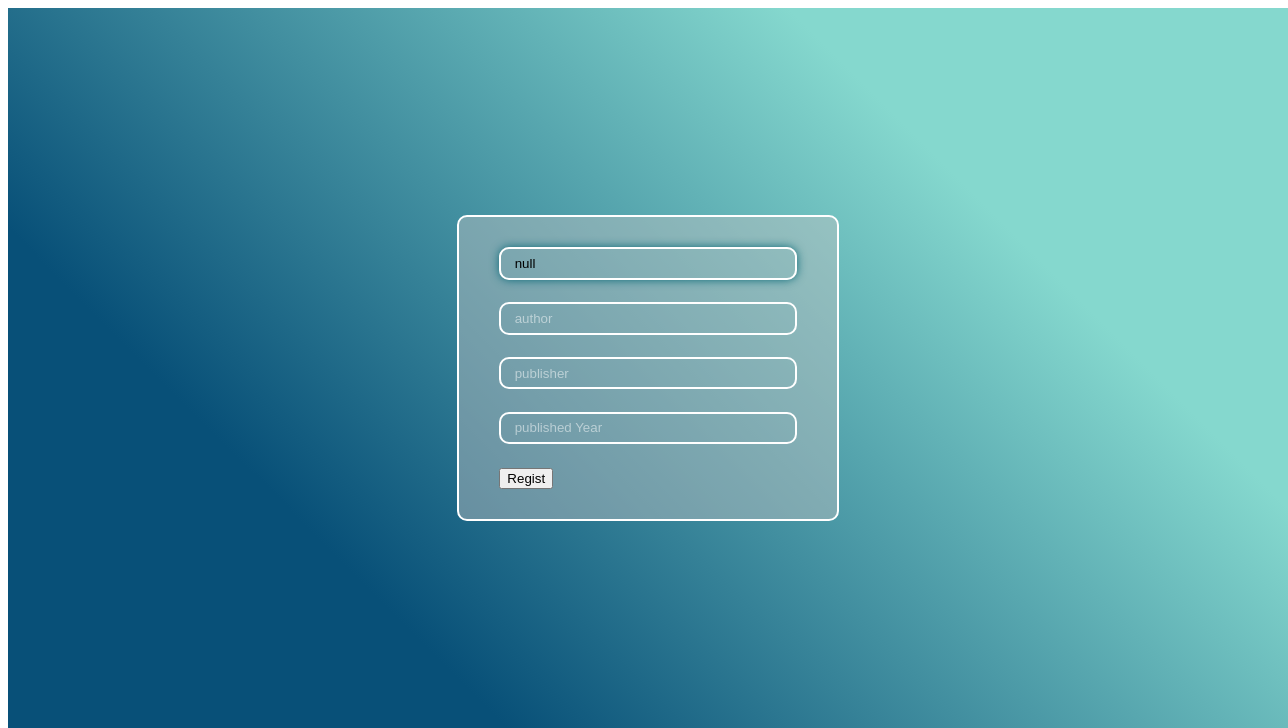
Repository: ysknsid25/mer
Page: http://localhost/library/view/regist.jsp
These files come from the project's save history. The page is drawn as it stood at one moment and after the next save; the edit follows.
The browser window is 1280 px wide. The page is 1288 px wide, so the pictures cover 1288 px, including what lies to the right of the window. The pictures show the whole page.
The page is served by Tomcat 9. Other server files are loaded and not shown.

Above is the page before, as saved 2018-11-24 12:52:18.
Console error: ReferenceError: $ is not defined

### mer/library/WebContent/view/regist.jsp
<%@ page language="java" contentType="text/html; charset=UTF-8"
	pageEncoding="UTF-8"%>
<%@page import="util.StringUtil"%>
<%@page import="util.StringQuery"%>




<!DOCTYPE html PUBLIC "-//W3C//DTD HTML 4.01 Transitional//EN" "http://www.w3.org/TR/html4/loose.dtd">
<head>
<title>Top</title>

<link href='<%=StringUtil.CONTEXTPATH + StringUtil.INPUTCSS%>'
	rel='stylesheet' type='text/css' />
<script type="text/javascript" src="<%=StringUtil.MAINJS%>"></script>
<meta charset="<%=StringUtil.SET_ENCODING%>" />
<meta name="viewport" content="width=device-width, initial-scale=1.0" />

</head>

<body>
	<div class="container">
		<div id="login-form">
			<div id="box">

				<form action="<%=StringUtil.REGISTCHECK + StringUtil.CONTROLLER%>"
					method="post">

					<div>
						<label for="form-userid">BoolTitle</label> <input type="text"
							name="booktitle" id="form-userid" placeholder="BookTitle"
							 value="<%=request.getAttribute(StringQuery.BOOKTITLE) %>"/>
						<p class="note">Please enter BookTitle.</p>
					</div>

					<div><%--out.println("<p id=" + "error_message" + ">" + errorMessage(booktitleVerify) + "</p>");--%></div>

					<div>
						<label for="form-userid">Author</label> <input type="text"
							name="author" id="form-userid" placeholder="author" />
						<p class="note">Please enter author.</p>
					</div>
					<div></div>

					<div>
						<label for="form-userid">Publisher</label> <input type="text"
							name="publisher" id="form-userid" placeholder="publisher" />
						<p class="note">Please enter Publisher.</p>
					</div>


					<div>
						<label for="form-userid">PublishDay</label> <input type="text"
							name="publishday" id="form-userid" placeholder="published Year" />
						<p class="note">Please enter published Year.</p>
					</div>
					<div><p><% %></p></div>

					<input type="submit" name="submit" value="Regist" />



					<%!String errorMessage(int checkNum){

						if(checkNum == StringUtil.BOOKTITLE_NULL){

							return StringUtil.BOOKTITLE_IS_NULL;

						}else if(checkNum == StringUtil.BOOKTITLE_LENGTH){

							return StringUtil.BOOKTITLE_OVER_LENGTH;

						}else if(checkNum == StringUtil.AUTHOR_NULL){

							return StringUtil.AUTHOR_IS_NULL;

						}else if(checkNum == StringUtil.YEAR_OVER){

							return StringUtil.PUBLISHYEAR_FUTURE;

						}else if(checkNum == StringUtil.NOT_NUMBER){

							return StringUtil.PUBLISHYEAR_INVALIDATE;

						}

					return "";

					}%>




				</form>

			</div>
		</div>
	</div>

</body>
</html>

### mer/library/WebContent/stylesheet/input.css
@CHARSET "UTF-8";

html, body, .container {
  width: 100%;
  height: 100%;
}

.container,
.overlay:before{
  align-items: center;
  display: flex;
  justify-content: center;
  overflow: visible !important;
  background: -webkit-linear-gradient(45deg, #085078 25%, #85d8ce 75%);
  background: -moz-linear-gradient(45deg, #085078 25%, #85d8ce 75%);
  background: -ms-linear-gradient(45deg, #085078 25%, #85d8ce 75%);
  background: -o-linear-gradient(45deg, #085078 25%, #85d8ce 75%);
  background: linear-gradient(45deg, #085078 25%, #85d8ce 75%);

}

.container {
  align-items: center;
  display: flex;
  justify-content: center;

}

#box{

  padding: 30px 40px;
  transition: 0.2s;
  text-decoration: none;
  color: white;
  border: 2px solid white;
  border-radius: 10px;
  background-color: rgba( 192, 192, 192, 0.45 );

}

.overlay {
  max-height: 200px;
  margin: 0 auto;
  max-width: 768px;
  overflow: hidden;
  padding: 50px;
  position: relative;
  color: white;
  font-family: 'Lato';
  position: relative;
  text-align: center;
  z-index: 0;
  &:before {
    content: '';
    filter: blur(20px);
    height: 100%;
    left: 0;
    position: absolute;
    top: 0;
    width: 100%;
    z-index: -1;
  }
}


#login-form div input[type='text'],
#login-form div input[type='password']{

width: 20em;
padding: 0.5em 1em;
transition: 0.2s;
border: 2px solid #fff;
border-radius: 10px;
background: transparent;

}

#login-form div input[type='text']:hover,
#login-form div input[type='password']:hover{

border-color: #fff;
box-shadow: 0 0 10px rgba(0,100,115,0.9);

}

#login-form div input[type='text']:focus,
#login-form div input[type='password']:focus{

border-color: #fafa9d;
box-shadow: 0 0 10px rgba(250,250,157,0.8);

}

.btn a{

font-size: 14px;
display: inline-block;
position: relative;
left: 79px;
padding: 7px 20px;
transition: 0.2s;
text-decoration: none;
color: transparent;
border: none;
border-radius: 10px;
background-color: transparent;

}

.btn:hover a{

background-color: white;
color: black;
border-radius: 5px;

}


input::-webkit-input-placeholder{

color: rgba(255,255,255,0.5);

}

input:focus::-webkit-input-placeholder{

color: transparent;

}

input:-ms-input-placeholder{

color: rgba(255,255,255,0.5);

}

input:focus:-ms-input-placeholder{

color: transparent;

}

input::-moz-placeholder{

color: #fff;

}

input:focus::-moz-placeholder{

color: transparent;

}

#login-form div label{

position: absolute;
x-index: -1;
top: 0;
left: 0;
display: block;
padding: 0.5em 1em;
transition: 0.2s;
color: transparent;

}

#login-form div label.inputted{

-webkit-transform: translateX(-100%);
-ms-transform: translateX(-100%);
transform: translateX(-100%);
color: #fff;

}

#login-form div p.note{

font-size: 15px;
overflow: hidden;
max-height: 0;
margin-top: 0.5em;
transition: 0.2s;
text-align: left;
color: #ffffff;

}

#login-form div input[type='text']:focus ~ p.note,
#login-form div input[type='password']:focus ~ p.note{

max-height: 3em;
transition: 0.2s;

}

### mer/library/WebContent/stylesheet/main.js
$(function(){
  $('input[type="text"],input[type="password"]')
  .focus(function(){
$(this).prev('label').addClass("inputted");
  })
  .focusout(function(){
  if($(this).val()==""){
$(this).prev('label').
removeClass("inputted");
  }
});
});

After the next save:
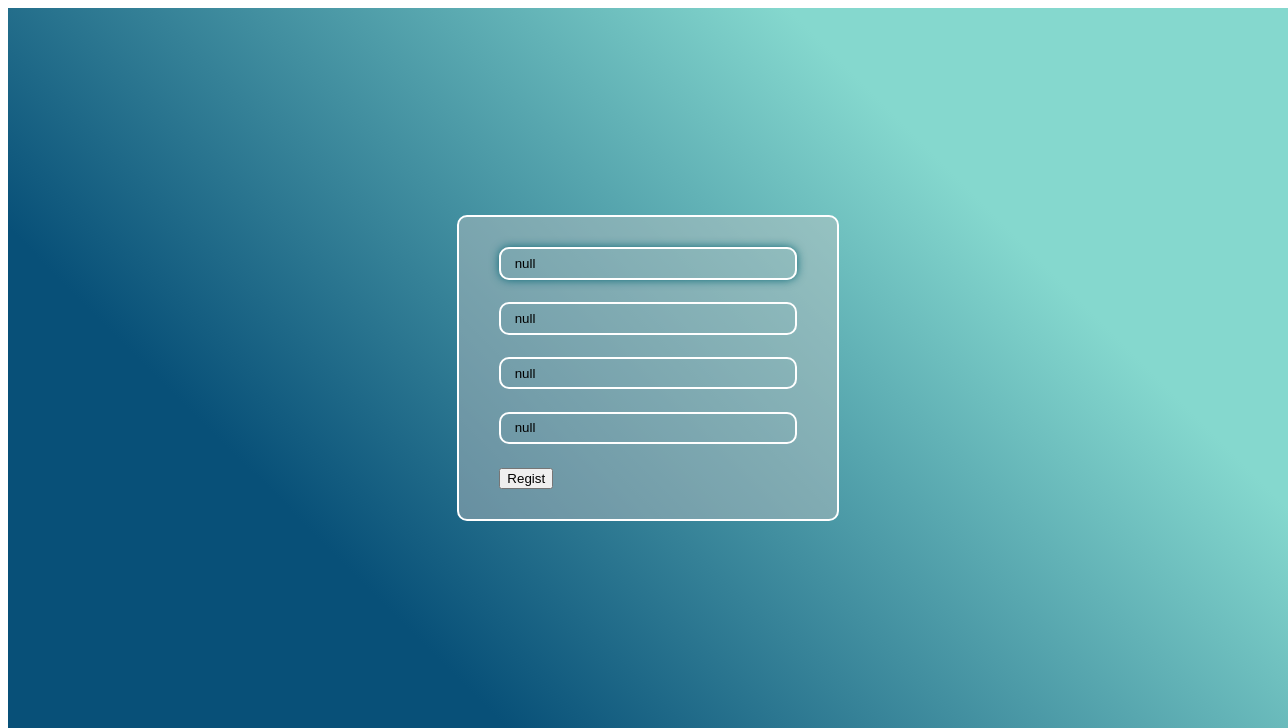
Saved 81 s later.
--- a/mer/library/WebContent/view/regist.jsp
+++ b/mer/library/WebContent/view/regist.jsp
@@ -29,7 +29,7 @@
 					<div>
 						<label for="form-userid">BoolTitle</label> <input type="text"
 							name="booktitle" id="form-userid" placeholder="BookTitle"
-							 value="<%=request.getAttribute(StringQuery.BOOKTITLE) %>"/>
+							 value="<%=request.getAttribute(StringQuery.BOOKTITLE)%>"/>
 						<p class="note">Please enter BookTitle.</p>
 					</div>
 
@@ -37,21 +37,24 @@
 
 					<div>
 						<label for="form-userid">Author</label> <input type="text"
-							name="author" id="form-userid" placeholder="author" />
+							name="author" id="form-userid" placeholder="author"
+							 value="<%=request.getAttribute(StringQuery.AUTHOR)%>" />
 						<p class="note">Please enter author.</p>
 					</div>
 					<div></div>
 
 					<div>
 						<label for="form-userid">Publisher</label> <input type="text"
-							name="publisher" id="form-userid" placeholder="publisher" />
+							name="publisher" id="form-userid" placeholder="publisher"
+							 value="<%=request.getAttribute(StringQuery.PUBLISHER)%>" />
 						<p class="note">Please enter Publisher.</p>
 					</div>
 
 
 					<div>
 						<label for="form-userid">PublishDay</label> <input type="text"
-							name="publishday" id="form-userid" placeholder="published Year" />
+							name="publishday" id="form-userid" placeholder="published Year"
+							value="<%=request.getAttribute(StringQuery.PUBLISHDAY)%>" />
 						<p class="note">Please enter published Year.</p>
 					</div>
 					<div><p><% %></p></div>
